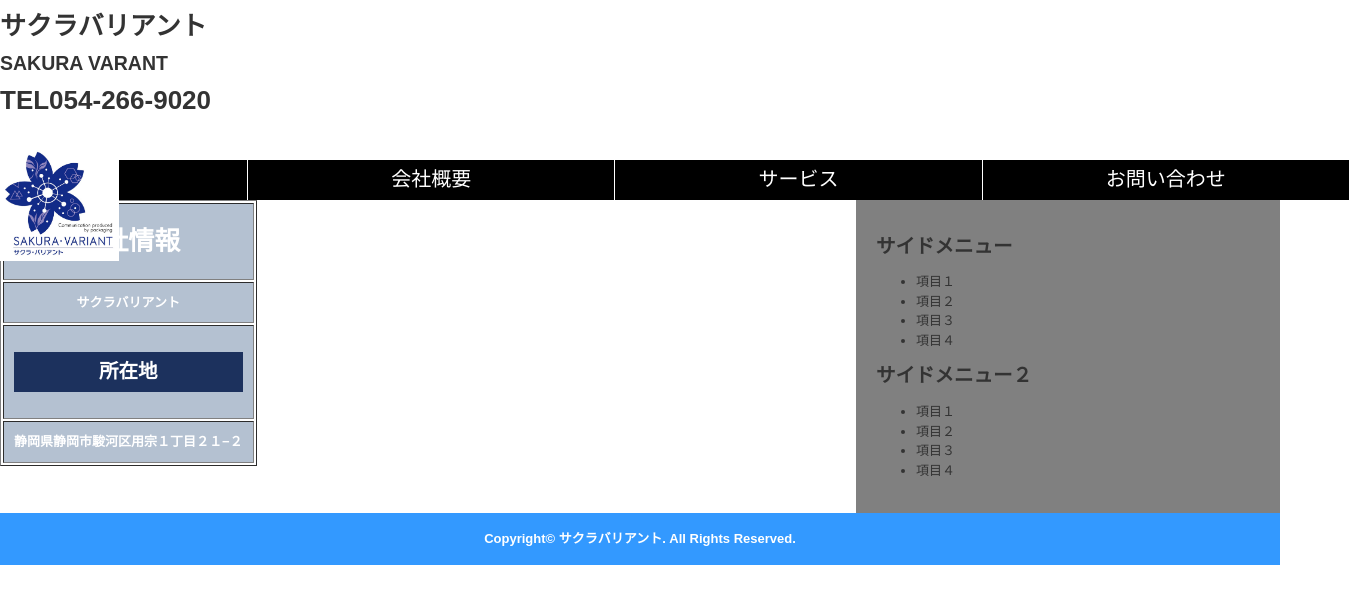
Repository: sakusyou69/homepage
Page: index.java3.html
The author's editor kept a record of every edit. The page is drawn from the files as they stood at one moment, then again after the next edit.
The browser window is 1280 px wide. The page is 1349 px wide, so the pictures cover 1349 px, including what lies to the right of the window. The pictures show the whole page.

Above is the page before.

### index.java3.html
<!DOCTYPE html>
<html lang="ja">
<head>
    <meta charset="UTF-8">
    <title> 会社案内｜サクラバリアント</title>
    <!-- CSSの読み込み　-->
    <link rel="stylesheet" href="stylesheet.css">
</head>
<body>
    <div>
    <h1>サクラバリアント</h1>
    <h2>SAKURA VARANT</h2>
    <h1>TEL054-266-9020</h1>
    </div>
    <div id="header">
        <h1> <a href="index.java.html"> <img id="corridor" src="images/sakura.jpg" alt="会社ロゴ"/></a></h1>
    </div>
    <div id="wrapper">
        <div id="nav">
            <ul>
                <li><a href="home.html">ホーム</a></a></li>
                <li><a href="#">会社概要</a></li>
                <li><a href="#">サービス</a></li>
                <li><a href="#">お問い合わせ</a></li>
            </ul>
        </div>
    </div>
    <div id="side">
        <div class="box">
            <h2>サイドメニュー</h2>
            <div class="boxBody">
                <ul>
                    <li>項目１</li>
                    <li>項目２</li>
                    <li>項目３</li>
                    <li>項目４</li>
                </ul>
            </div>
        </div>
        <div class="box">
            <h2>サイドメニュー２</h2>
            <div class="boxBody">
                <ul>
                    <li>項目１</li>
                    <li>項目２</li>
                    <li>項目３</li>
                    <li>項目４</li>
                </ul>
            </div>
        </div>
    </div>
    </div>

    <table border="1">
        <tr>
            <th><h1><font color="white">会社情報</font></h1></th>

        </tr>
        <tr>
         <th><font color="white">サクラバリアント</font></th>


        </tr>
        <tr>
            <th><h2><font color="white">所在地</font></h2></th>
            <tr>
            <th><font color="white">静岡県静岡市駿河区用宗１丁目２１−２</font></th>
            <tb></tb>
        </tr>
    </table>



    <div id="footer">
        <p>Copyright© サクラバリアント. All Rights Reserved.</p>
    </div>
</body>
</html>

### stylesheet.css
@charset "utf-8";

body {
	margin: 0;
	padding: 0;
	font-family: "ヒラギノ角ゴ Pro W3", "Hiragino Kaku Gothic Pro", "メイリオ", Meiryo, Osaka, "ＭＳ Ｐゴシック", "MS PGothic", sans-serif;
	color: #333;
	font-size: 13px;
	line-height: 150%;
}

/* -------------------- wrapper -------------------- */
#wrapper {
	width: 100%;
	margin: auto;
	padding: 0px;
	border: 0px;
	background-color: #FFF;
}
div h1  {


}

div h2 {

    width:auto;
}
/*-----------------header-----------------*/
#header h1 {
    position:relative;
    display:inline-block;
}

#header h2 {
    position:relative;
    display:inline-block;
}

#corridor {
    width:15%;
    height:auto;
}


/*---------------footer--------------*/
#footer {
    clear: both;
    width:100%;
    padding: 3px 0 3px 0;
    background: #39F;
    color: #FFF;
    font-weight:bold;
    text-align: center;
}

/*------------------------nav-------------------*/
#nav {
    width:96%;
}
#nav ul {
    margin:-120px;
    padding:0;
    list-style-type: none;
}
#nav ul li {
    float:left;
    width:25%;
    text-align:center;
}
#nav ul li a {
    display:block;
    height:20px;
    margin:0;
    padding:10px;
    color: #FFF;
    font-size:20px;
    text-decoration:none;
    background-color:black;
    border-left: 1px solid white;
}
/*-----------------------side---------------------*/
#side {
    float:right;
    width:30%;
    padding:20px;
    background-color:gray;
}
#side.box {
    margin:0 auto 30px auto;
    padding:0 0 20px 0;
    background: url(images/side_box.png)bottom no-repeat;
}
#side.box h2 {
    margin:0;
    padding:8px;
    text-align:center;
    color:#fff;
    font-size:16px;
    line-height:16px;
    font-weight:normal;
    background:url(images/side_box_h2.png)center no-repeat;
}
#side.box.boxBody {
    padding:8px;
    border-right:solid 1px #C36;
    border-bottom:solid 1px #C36;
    border-left: solid 1px #C36;
    background:#fff;
}
#side.box.boxBody ul li {
    margin:0 0 16px 0;
    padding:0;
}
#side.box.boxBody ul li {
    padding:8px 0 8px 4px;
    list-style:none;
    border-bottom:solid 1px #C36;
}
th {
    padding:10px;
    background-color:#b4c1d1;
}
th h2 {
    background-color:#1c315d;
    padding:10px;
}

After the next edit:
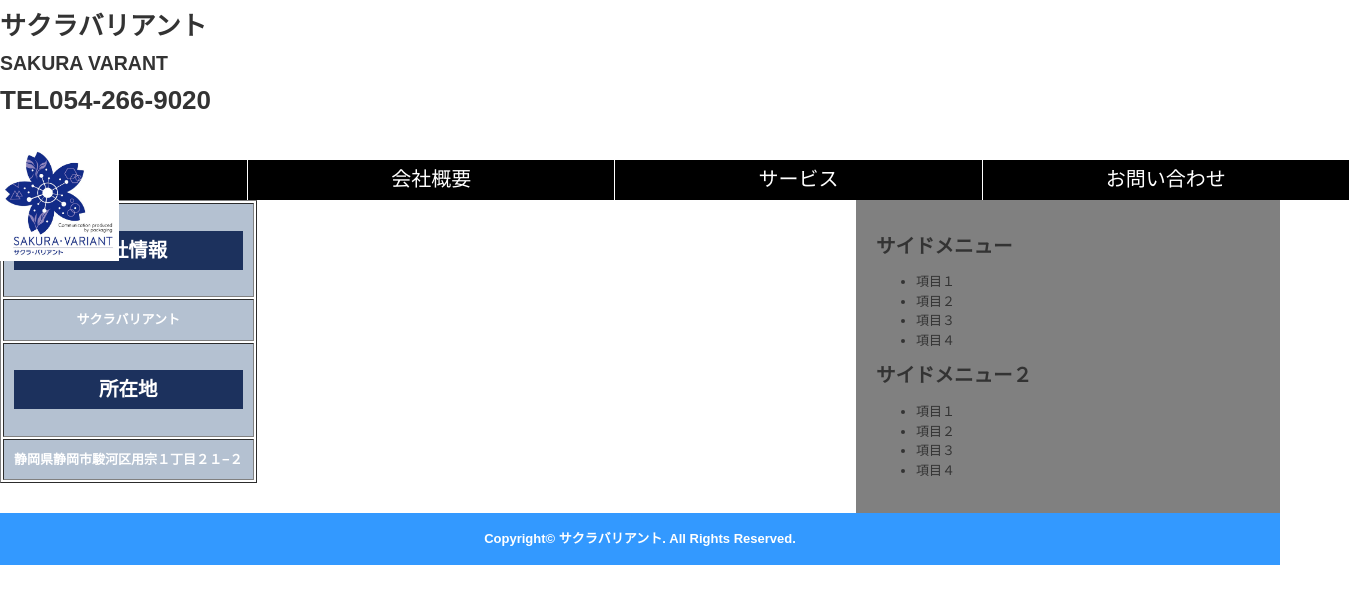
The edit:
--- a/index.java3.html
+++ b/index.java3.html
@@ -53,7 +53,7 @@
 
     <table border="1">
         <tr>
-            <th><h1><font color="white">会社情報</font></h1></th>
+            <th><h2><font color="white">会社情報</font></h2></th>
 
         </tr>
         <tr>
